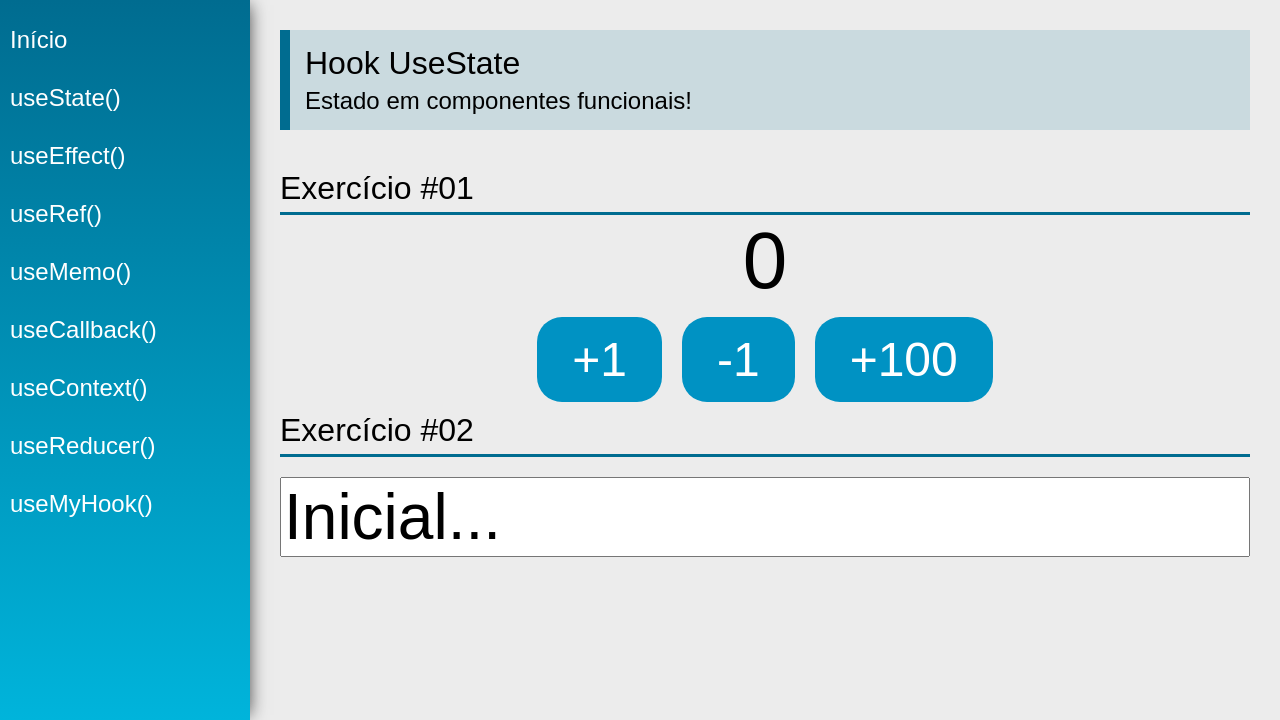
Repository: jean-siqueira/react-hoocks
Page: /useState
These files come from the project's save history. The page is drawn as it stood at one moment and after the next save; the edit follows.
The browser window is 1280 px wide. The pictures show the whole page.
The project was rebuilt for these pictures with package versions that can differ from the ones it lists, and the page was loaded fresh each time. Also part of the build but not shown: src/views/examples/Home.jsx, src/views/examples/NotFound.jsx, src/views/examples/UseEffect.jsx, src/views/examples/UseRef.jsx, src/views/examples/UseCallback.jsx, src/views/examples/UseMemo.jsx, src/views/examples/UseContext.jsx, src/views/examples/UseReducer.jsx and 1 more.

Above is the page before, as saved 2023-04-01 09:47:11.

After the next save:
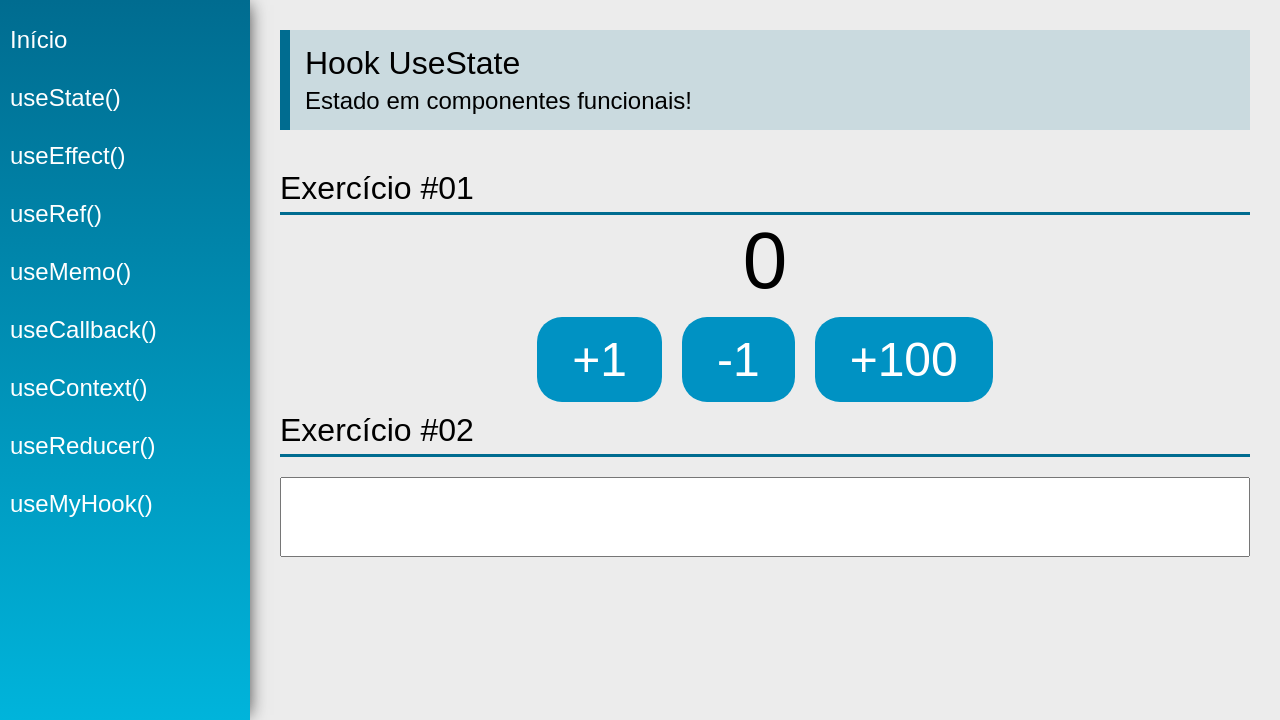
Saved 59 s later.
--- a/src/views/examples/UseState.jsx
+++ b/src/views/examples/UseState.jsx
@@ -5,7 +5,7 @@ import SectionTitle from '../../components/layout/SectionTitle'
 const UseState = (props) => {
 
     const [count, setCount] = useState(0)
-    const [name, setName] = useState("Inicial...")
+    const [name, setName] = useState("")
 
     return (
         <div className="UseState">
